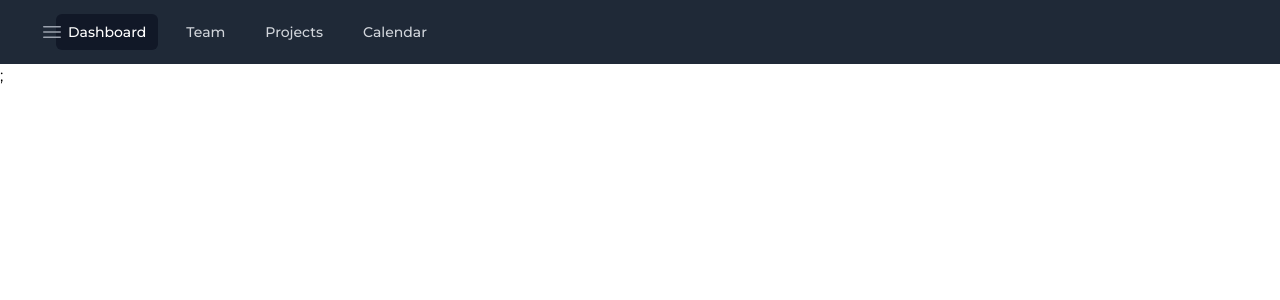
Repository: LuisSempre/mks
Page: /bar
These files come from the project's save history. The page is drawn as it stood at one moment and after the next save; the edit follows.
The browser window is 1280 px wide. The pictures show the whole page.
The project was rebuilt for these pictures with package versions that can differ from the ones it lists, and the page was loaded fresh each time. The framework's server and built-in components were replaced by stand-ins that run in the browser. Also part of the build but not shown: next.config.js.

Above is the page before, as saved 2023-01-24 01:53:52.

### pages/_app.tsx
import "../styles/globals.css";
import type { AppProps } from "next/app";
import { Montserrat } from "@next/font/google";

const montserrat = Montserrat({
  subsets: ["latin"],
});

function MyApp({ Component, pageProps }: AppProps) {
  return (
    <div className={montserrat.className}>
      <Component {...pageProps} />;
    </div>
  );
}

export default MyApp;

### pages/bar.tsx
import { NextPage } from "next";
import SidebarCar from "../components/SidebarCar";

const Bar: NextPage = () => {
  return (
    <>
      <SidebarCar />
    </>
  );
};

export default Bar;

### components/SidebarCar.tsx
import { Fragment } from "react";
import { Disclosure, Menu, Transition } from "@headlessui/react";
import { Bars3Icon, BellIcon, XMarkIcon } from "@heroicons/react/24/outline";

const navigation = [
  { name: "Dashboard", href: "#", current: true },
  { name: "Team", href: "#", current: false },
  { name: "Projects", href: "#", current: false },
  { name: "Calendar", href: "#", current: false },
];

function classNames(...classes: string[]) {
  return classes.filter(Boolean).join(" ");
}

export default function Example() {
  return (
    <Disclosure as='nav' className='bg-gray-800'>
      {({ open }) => (
        <>
          <div className='px-2 mx-auto max-w-7xl sm:px-6 lg:px-8'>
            <div className='relative flex items-center justify-between h-16'>
              <div className='inset-y-0 left-0 items-center sm:flex sm:absolute'>
                {/* Mobile menu button*/}
                <Disclosure.Button className='inline-flex items-center justify-center p-2 text-gray-400 rounded-md hover:bg-gray-700 hover:text-white focus:outline-none focus:ring-2 focus:ring-inset focus:ring-white'>
                  <span className='sr-only'>Open main menu</span>
                  {open ? (
                    <XMarkIcon className='block w-6 h-6' aria-hidden='true' />
                  ) : (
                    <Bars3Icon className='block w-6 h-6' aria-hidden='true' />
                  )}
                </Disclosure.Button>
              </div>
              <div className='flex items-center justify-center flex-1 sm:items-stretch sm:justify-start'>
                <div className='sm:ml-6 sm:block'>
                  <div className='flex space-x-4'>
                    {navigation.map((item) => (
                      <a
                        key={item.name}
                        href={item.href}
                        className={classNames(
                          item.current
                            ? "bg-gray-900 text-white"
                            : "text-gray-300 hover:bg-gray-700 hover:text-white",
                          "px-3 py-2 rounded-md text-sm font-medium",
                        )}
                        aria-current={item.current ? "page" : undefined}
                      >
                        {item.name}
                      </a>
                    ))}
                  </div>
                </div>
              </div>
            </div>
          </div>

          <Disclosure.Panel className=''>
            <div className='px-2 pt-2 pb-3 space-y-1'>
              {navigation.map((item) => (
                <Disclosure.Button
                  key={item.name}
                  as='a'
                  href={item.href}
                  className={classNames(
                    item.current
                      ? "bg-gray-900 text-white"
                      : "text-gray-300 hover:bg-gray-700 hover:text-white",
                    "block px-3 py-2 rounded-md text-base font-medium",
                  )}
                  aria-current={item.current ? "page" : undefined}
                >
                  {item.name}
                </Disclosure.Button>
              ))}
            </div>
          </Disclosure.Panel>
        </>
      )}
    </Disclosure>
  );
}

Loaded but not shown: styles/globals.css (common file); tailwind.config.js (common file)

After the next save:
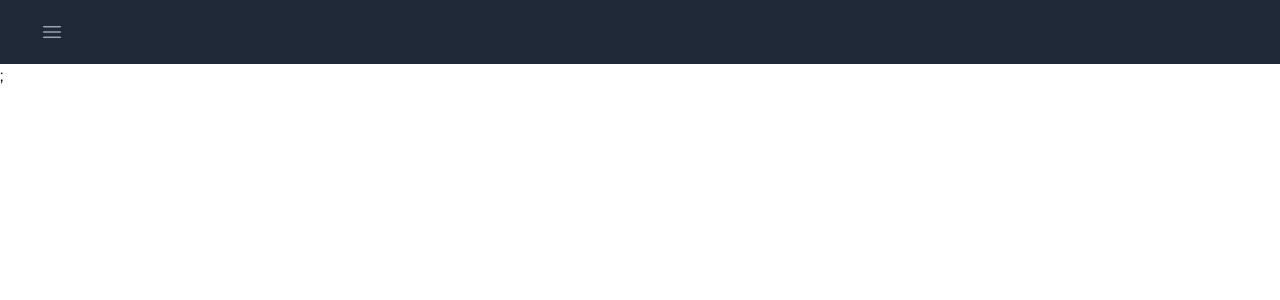
Saved 9 s later.
--- a/components/SidebarCar.tsx
+++ b/components/SidebarCar.tsx
@@ -32,25 +32,7 @@
                 </Disclosure.Button>
               </div>
               <div className='flex items-center justify-center flex-1 sm:items-stretch sm:justify-start'>
-                <div className='sm:ml-6 sm:block'>
-                  <div className='flex space-x-4'>
-                    {navigation.map((item) => (
-                      <a
-                        key={item.name}
-                        href={item.href}
-                        className={classNames(
-                          item.current
-                            ? "bg-gray-900 text-white"
-                            : "text-gray-300 hover:bg-gray-700 hover:text-white",
-                          "px-3 py-2 rounded-md text-sm font-medium",
-                        )}
-                        aria-current={item.current ? "page" : undefined}
-                      >
-                        {item.name}
-                      </a>
-                    ))}
-                  </div>
-                </div>
+                <div className='sm:ml-6 sm:block'></div>
               </div>
             </div>
           </div>
